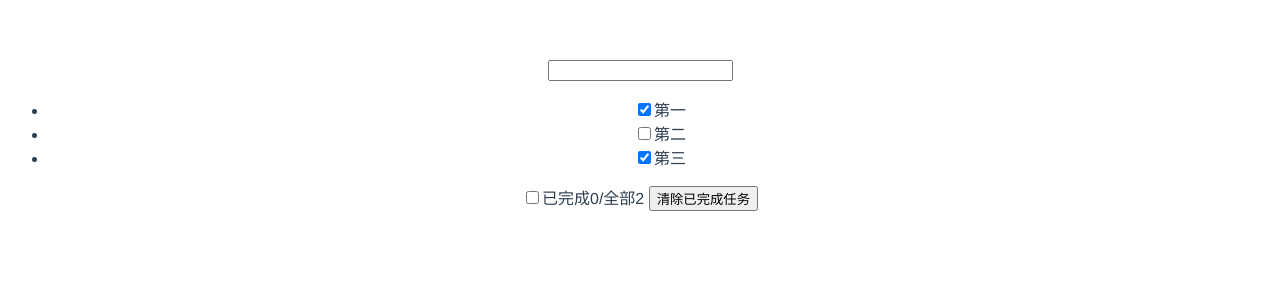
Repository: 13067902180/vue2.0study
Page: /
The author's editor kept a copy of each file at every save. The page is drawn from the files as they stood at one save, then again after the next save.
The browser window is 1280 px wide. The pictures show the whole page.
The pointer rests on the first visible `li`.
The project was rebuilt for these pictures with package versions that can differ from the ones it lists, and the page was loaded fresh each time. Also part of the build but not shown: vue.config.js.

Above is the page before, as saved 2023-02-07 16:21:42.

### public/index.html
<!DOCTYPE html>
<html lang="">
  <head>
    <meta charset="utf-8">
    <!-- 针对ie浏览器的特殊配置，让ie最高级别渲染页面 -->
    <meta http-equiv="X-UA-Compatible" content="IE=edge">
    <!-- 开启移动端的理想视口 -->
    <meta name="viewport" content="width=device-width,initial-scale=1.0">
    <!-- 配置页签图标 <%= BASE_URL %> ==== ./ 怕打包出问题 指的是public所在的路径-->
    <link rel="icon" href="<%= BASE_URL %>favicon.ico">
    <!-- 配置网页图标  %= htmlWebpackPlugin.options.title % 是webpack里的插件1-->
    <title><%= htmlWebpackPlugin.options.title %></title>
  </head>
  <body>
    <!-- 如果浏览器不支持js 显示 支持就不渲染 -->
    <noscript>
      <strong>We're sorry but <%= htmlWebpackPlugin.options.title %> doesn't work properly without JavaScript enabled. Please enable it to continue.</strong>
    </noscript>

    <div id="app"></div>
    <!-- built files will be auto injected -->
  </body>
</html>
<!-- 整个页面的界面 -->

### src/main.js
//引入vue 精简版  正式版是vue.js dist/vue.js
import Vue from 'vue'
//app所有组件的父组件
import App from './App.vue'
//import {hunhe,hunhe2} from './mixin'
//import plugins from './plugins'
// 引用插件
//Vue.use(plugins)
// 引用混入
//Vue.mixin(hunhe)
//Vue.mixin(hunhe2)
// 关闭生产提示
Vue.config.productionTip = false
// 创建vue实例对象  ---vm
new Vue({
  // 将app组件放入容器中
  render: h => h(App),
  // 引用了精简版vue没有模板解析器 要用render函数不能用template
  // vue包含模板解析器和vue核心
  // render(creat){
  //  return creat('h1','NIHAO')
  // }
  // 等于el：'#app'
}).$mount('#app')

### src/App.vue
<template>
  <div id="app">
    <MyHeader :addTodo="addTodo" />
    <MyList :todos="todos" />
    <MyFooter />
  </div>
</template>

<script>
// 引入组件  组件全放到components
import MyHeader from "./components/MyHeader.vue";
import MyFooter from "./components/MyFooter.vue";
import MyList from "./components/MyList.vue";
export default {
  name: "App",
  data() {
    return {
      todos: [
        { id: "001", title: "第一", done: true },
        { id: "002", title: "第二", done: false },
        { id: "003", title: "第三", done: true },
      ],
    };
  },
  methods: {
    // 数据在哪操作在哪
    addTodo(todoObj) {
      this.todos.unshift(todoObj);
    },
  },

  // 注册组件
  components: {
    MyHeader,
    MyFooter,
    MyList,
  },
};
</script>

<style>
#app {
  font-family: Avenir, Helvetica, Arial, sans-serif;
  -webkit-font-smoothing: antialiased;
  -moz-osx-font-smoothing: grayscale;
  text-align: center;
  color: #2c3e50;
  margin-top: 60px;
}
</style>

### src/components/MyHeader.vue
<template>
  <div class="todo-header">
    <input type="text" name="" id="" @keyup.enter="add" v-model="title" />
  </div>
</template>

<script>
import { nanoid } from "nanoid";
export default {
  name: "MyHeader",
  data() {
    return {
      title: "",
    };
  },
  props: ["addTodo"],
  methods: {
    add() {
      // 校验数据
      if (!this.title) return;
      // 将输入包装陈TODO对象
      const todoObj = { id: nanoid(), title: this.title, done: false };
      // 通知app组件去添加有一个todo对象
      this.addTodo(todoObj);
      // 清空输入
      this.title = "";
    },
  },
};
</script>

<style>
</style>

### src/components/MyFooter.vue
<template>
  <div class="todo-footer">
    <label for="">
      <input type="checkbox" />
    </label>
    <span> <span>已完成0</span>/全部2 </span>
    <button class="btn btn-danger">清除已完成任务</button>
  </div>
</template>

<script>
export default {
  name: "MyFooter",
};
</script>

<style>
</style>

### src/components/MyList.vue
<template>
  <ul class="todo-main">
    <MyItem v-for="item in todos" :key="item.id" :todo="item"></MyItem>
  </ul>
</template>

<script>
import MyItem from "./MyItem.vue";
export default {
  name: "MyList",
  components: {
    MyItem,
  },
  props: ["todos"],
};
</script>

<style>
</style>

### src/components/MyItem.vue
<template>
  <li>
    <label>
      <!-- <input
        type="checkbox"
        :checked="todo.done"
        @change="handleCheck(todo.id)"
      /> -->
      <input type="checkbox" v-model="todo.done" />
      <!-- 不建议 vue无法监视props内部内容 只监视props是修改了props -->
      <span>{{ todo.title }}</span>
    </label>
    <button class="btn brn-danger" style="display: none">删除</button>
  </li>
</template>

<script>
export default {
  name: "MyItem",
  props: ["todo"],
};
</script>

<style>
</style>

After the next save:
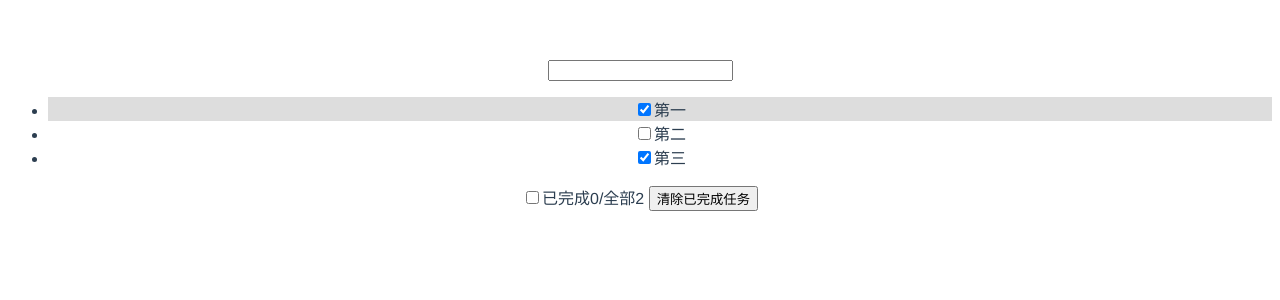
Saved 69 s later.
--- a/src/components/MyItem.vue
+++ b/src/components/MyItem.vue
@@ -22,4 +22,7 @@
 </script>
 
 <style>
+li:hover {
+  background: #ddd;
+}
 </style>
